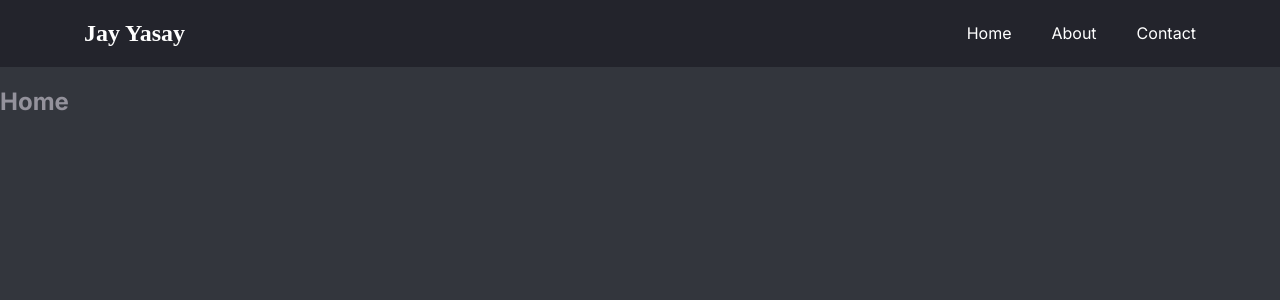
Repository: jayyasay/portfolio
Page: /
An editor plug-in stored every save of this project. The page is shown before and after the next save, followed by the edit.
The browser window is 1280 px wide. The pictures show the whole page.
Some web fonts or font styles are not loaded; a fallback is used. The project was rebuilt for these pictures with package versions that can differ from the ones it lists, and the page was loaded fresh each time. Also part of the build but not shown: src/App.css, src/pages/About.js.

Above is the page before, as saved 2023-09-19 16:51:26.

### src/index.css
@import url('https://fonts.googleapis.com/css2?family=Inter:wght@100;200;300;400;500;600;700;800;900&family=Skranji:wght@400;700&display=swap');

body {
  margin: 0;
  font-family: 'Inter', sans-serif;
  -webkit-font-smoothing: antialiased;
  -moz-osx-font-smoothing: grayscale;
  background-color: #33363D;
}

h1 {
  font-family: 'Skranji', cursive;
  color: #fff;
}

code {
  font-family: source-code-pro, Menlo, Monaco, Consolas, 'Courier New',
    monospace;
}

/* @media screen and (min-width: 768px) {
  body {
    max-width: 1280px;
    margin: auto;
  }
} */

### src/App.js
import './App.css';
import Navigation from './components/Navigation';
import { BrowserRouter as Router, Routes, Route } from 'react-router-dom';
import Home from './pages/Home';
import About from './pages/About';

function App() {
  return (
    <>
      <Router>
        <Navigation />
        <Routes>
          <Route path="/" element={<Home />} />
          <Route path="/about" element={<About />} />
          {/* You can add a route for Contact here when you're ready */}
        </Routes>
      </Router>
    </>
  );
}

export default App;

### src/components/Navigation.js
import React, { useState } from 'react';
import styled from 'styled-components';
import { Link } from 'react-router-dom';
import { createGlobalStyle } from 'styled-components';

export const GlobalStyle = createGlobalStyle`
  :root {
    --bg-primary: #23242C;
    --bg-secondary: #33336D;
    --text-primary: #94929C;
  }
`;

const Heading = styled.h1`
    padding-left: 20px;
`

const Nav = styled.nav`
  background-color: var(--bg-primary);
  display: flex;
  flex-direction: column;

  @media screen and (min-width: 768px) {
    flex-direction: row;
  }
`;

const Wrapper = styled.div`
    @media screen and (min-width: 768px) {
        display: flex;
        flex-direction: row;
        width: 90%;
        margin: auto;
    }
`

const StyledLink = styled(Link)`
  display: flex;
  align-items: center;
  padding: 10px 20px;
  color: white;
  text-align: center;
  text-decoration: none;
  justify-content: center;

  @media screen and (min-width: 768px) {
    height: 100%;
    padding: 0 20px;
    &:hover {
        background-color: #ddd;
        color: black;
      }
  }
`;

const BurgerIcon = styled.span`
  display: none;
  @media screen and (max-width: 767px) {
    display: block;
    position: absolute;
    right: 20px;
    top: 24px;
    cursor: pointer;
    color: #fff;
  }
`;

const NavItems = styled.div`
  @media screen and (max-width: 767px) {
    display: block; // You can always keep it as block since we control visibility with max-height
    width: 100%;
    max-height: ${(props) => (props.open ? "100vh" : "0")}; // 500px is an example. Adjust it based on your content.
    transition: max-height 0.2s ease-in-out;
    text-align: center;
    height: calc(100vh - 72.81px);
    background-color: #333;
    position: absolute;
    top: 72.81px;
  }

  @media screen and (min-width: 768px) {
    display: flex;
    align-items: center;
    margin-left: auto;
  }
`;


const Navigation = () => {
  const [isOpen, setIsOpen] = useState(false);

  return (
    <>
        <Nav>
            <Wrapper>
                <Heading>Jay Yasay</Heading>
                <BurgerIcon onClick={() => setIsOpen(!isOpen)}>☰</BurgerIcon>
                <NavItems open={isOpen}>
                    <StyledLink to="/" onClick={() => setIsOpen(!isOpen)}>Home</StyledLink>
                    <StyledLink to="/about" onClick={() => setIsOpen(!isOpen)}>About</StyledLink>
                    <StyledLink to="#" onClick={() => setIsOpen(!isOpen)}>Contact</StyledLink>
                </NavItems>
            </Wrapper>
        </Nav>
    </>
  );
};

export default Navigation;

### src/pages/Home.js
import React from 'react';
import styled from 'styled-components';
import { GlobalStyle  } from '../components/Navigation';

const H2 = styled.h2`
    color: var(--text-primary);
`

const Home = () => {
    return (
        <>
        <GlobalStyle />
        <H2>Home</H2>
        </>
    )
};

export default Home;

Loaded but not shown: public/index.html (common file); src/index.js (common file); src/reportWebVitals.js (common file)

After the next save:
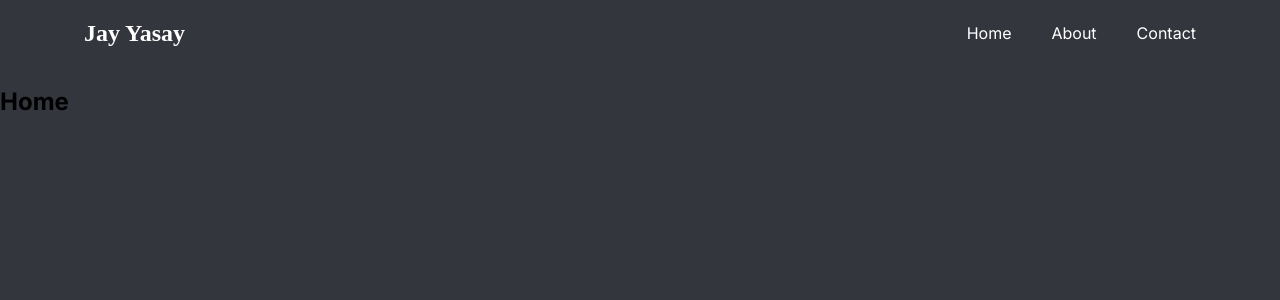
Saved 20 s later.
--- a/src/pages/Home.js
+++ b/src/pages/Home.js
@@ -1,17 +1,7 @@
-import React from 'react';
-import styled from 'styled-components';
-import { GlobalStyle  } from '../components/Navigation';
-
-const H2 = styled.h2`
-    color: var(--text-primary);
-`
 
 const Home = () => {
     return (
-        <>
-        <GlobalStyle />
-        <H2>Home</H2>
-        </>
+        <h2>Home</h2>
     )
 };
 
